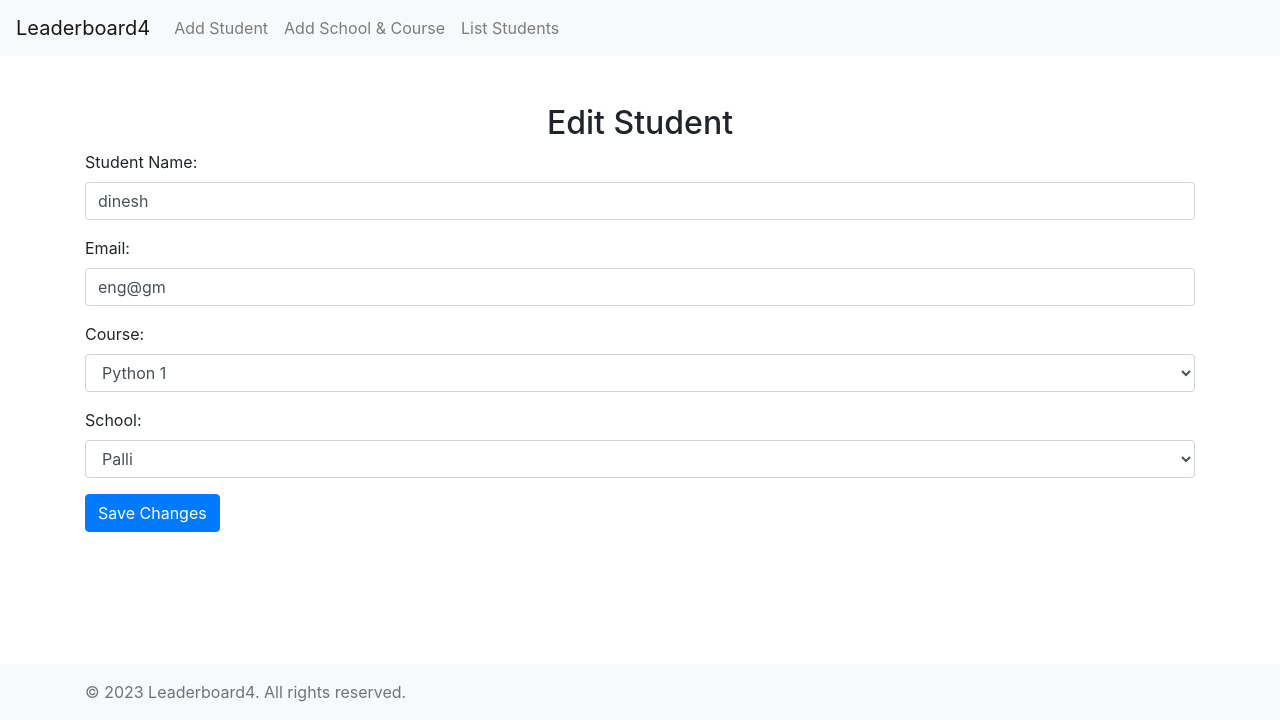
Repository: bigbodhiacademy/gBoard
Page: http://localhost/edit_student.php?id=19
These files come from the project's save history. The page is drawn as it stood at one moment and after the next save; the edit follows.
The browser window is 1280 px wide. The pictures show the whole page.
The page is run by PHP 8.4 with error messages shown; the project is at /var/www/html/. The database holds what the project's SQL file puts in it.

Above is the page before, as saved 2023-04-20 17:58:52.

After the next save:
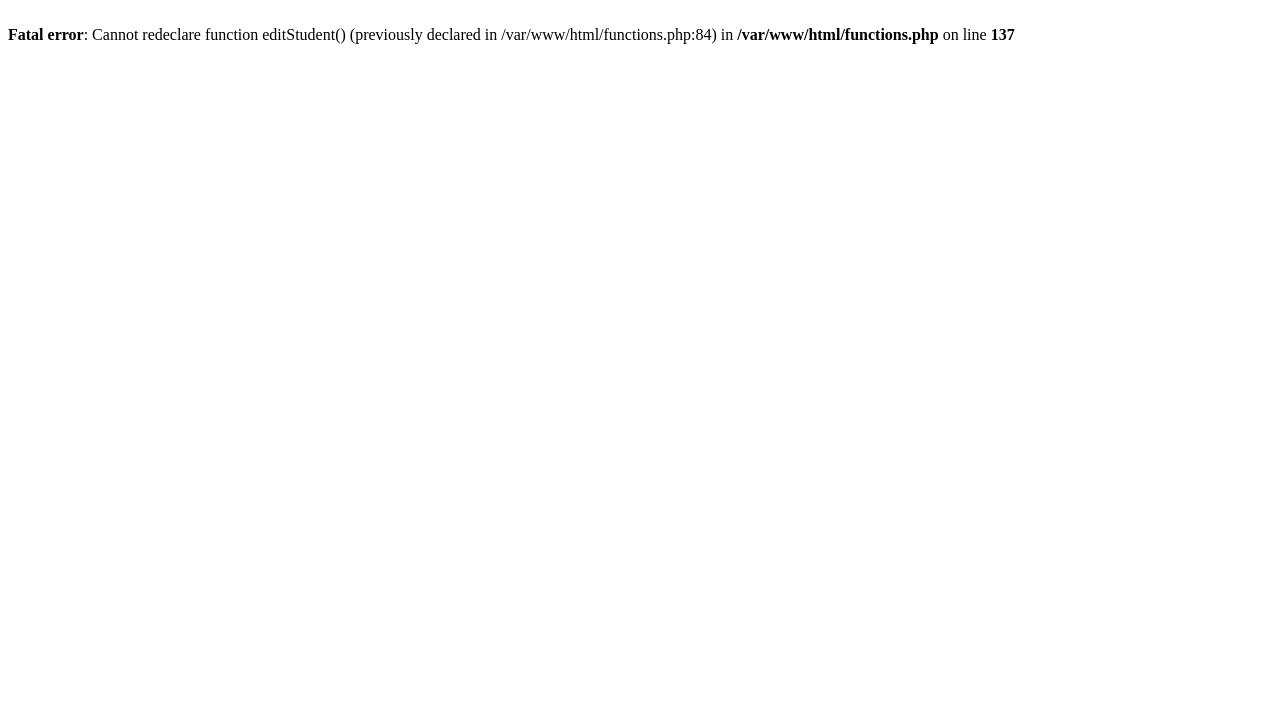
Saved 24 s later.
--- a/functions.php
+++ b/functions.php
@@ -79,6 +79,14 @@ function addCourse($course_name, $course_description) {
   $stmt->execute();
   $stmt->close();
   $conn->close();
+}
+
+function editStudent($student_id, $name, $email, $course_id, $school_id) {
+  global $conn;
+  $query = "UPDATE students SET name = ?, email = ?, course_id = ?, school_id = ? WHERE id = ?";
+  $stmt = mysqli_prepare($conn, $query);
+  mysqli_stmt_bind_param($stmt, 'ssiii', $name, $email, $course_id, $school_id, $student_id);
+  mysqli_stmt_execute($stmt);
 }
 
 function getStudentsWithCourseName() {
